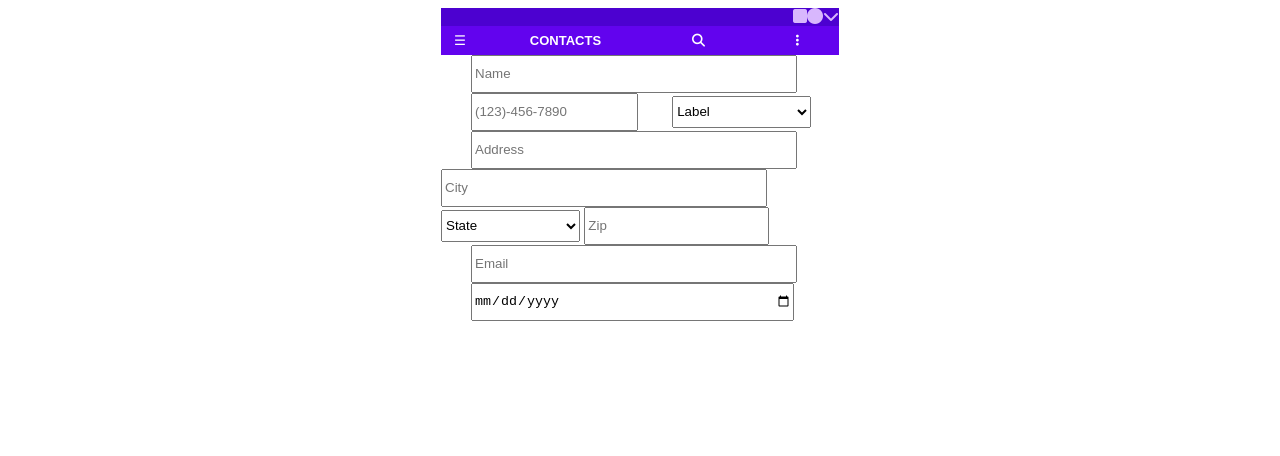
Repository: Sc-Juju/Mobile-Form
Page: index.html
These files come from the project's save history. The page is drawn as it stood at one moment and after the next save; the edit follows.
The browser window is 1280 px wide. The pictures show the whole page.
Some web libraries are served in a nearby version.

Above is the page before, as saved 2022-10-27 21:58:26.

After the next save:
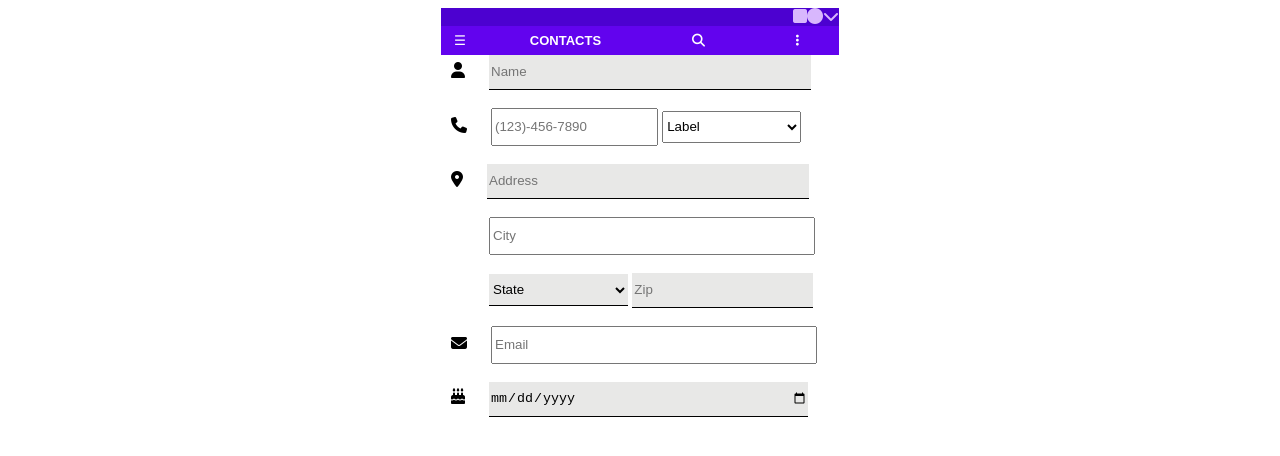
Saved 90 s later.
--- a/index.html
+++ b/index.html
@@ -35,12 +35,12 @@
 					<li class="nav-link">
 						<a href="#">Contacts</a>
 					</li>
-					<li class="nav-link">
+					<li class="nav-link nav-right">
 						<a href="#">
 							<i class="fa-solid fa-magnifying-glass"></i>
 						</a>
 					</li>
-					<li class="nav-link">
+					<li class="nav-link nav-right">
 						<a href="#">
 							<i class="fa-solid fa-ellipsis-vertical"></i>
 						</a>
@@ -49,31 +49,45 @@
 			</div>
 		</header>
 		<form action="">
-			<label for="name"></label>
-			<input type="text" id="name" name="name" placeholder="Name" /><br />
-			<label for="phone"></label>
+			<label for="name"><i class="fa-solid fa-user"></i></label>
+			<input
+				type="text"
+				id="name"
+				name="name"
+				placeholder="Name"
+				class="grey-box"
+			/><br /><br />
+			<label for="phone"><i class="fa-solid fa-phone"></i></label>
 			<input
 				type="tel"
 				name="phone"
 				id="phone"
 				placeholder="(123)-456-7890"
 			/>
-			<label for="Label"></label>
 			<select name="Label" id="Label">
 				<option value="" disabled selected hidden>Label</option>
 			</select>
-			<br />
-			<label for="address"></label>
+			<br /><br />
+			<label for="address"
+				><i class="fa-solid fa-location-dot"></i
+			></label>
 			<input
 				type="text"
 				placeholder="Address"
 				id="address"
 				name="address"
+				class="grey-box"
 			/>
-			<br />
+			<br /><br />
+			<label for="city"
+				><i class="fa-solid fa-check transparent"></i>
+			</label>
 			<input type="text" id="city" name="city" placeholder="City" />
-			<br />
-			<select name="state" id="state">
+			<br /><br />
+			<label for="state"
+				><i class="fa-solid fa-check transparent"></i>
+			</label>
+			<select name="state" id="state" class="grey-box">
 				<option value="" disabled selected hidden>State</option>
 				<option value="AL">Alabama</option>
 				<option value="AK">Alaska</option>
@@ -132,13 +146,22 @@
 				id="zipcode"
 				name="zipcode"
 				placeholder="Zip"
+				class="grey-box"
 			/>
-			<br />
-			<label for="email"></label>
+			<br /><br />
+			<label for="email"><i class="fa-solid fa-envelope"></i></label>
 			<input type="email" name="email" id="email" placeholder="Email" />
-			<br />
-			<label for="birthday"></label>
-			<input type="date" name="birthday" id="birthday" />
+			<br /><br />
+			<label for="birthday"
+				><i class="fa-solid fa-cake-candles"></i
+			></label>
+			<input
+				type="date"
+				name="birthday"
+				id="birthday"
+				placeholder="Birthday"
+				class="grey-box"
+			/>
 		</form>
 	</body>
 </html>
